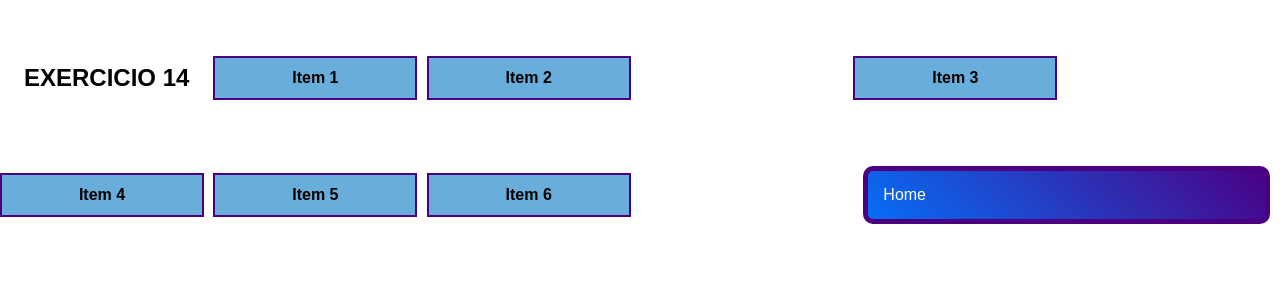
Repository: Elianmrey/TP1-Mobile-First
Page: EXERCISES/EX_14/index.html
An editor plug-in stored every save of this project. The page is shown before and after a run of saves, followed by the edit.
The browser window is 1280 px wide. The pictures show the whole page.

Above is the page before, as saved 2024-08-05 16:54:08.

### EXERCISES/EX_14/index.html
<!DOCTYPE html>
<html lang="en">

<head>
  <link href="style.css" rel="stylesheet" type="text/css" />
  <meta charset="UTF-8">
  <meta name="viewport" content="width=device-width, initial-scale=1.0">
  <title>Document</title>
</head>

<body>

  <div class="titulo">
    <h2>EXERCICIO 14</h2>
  </div>


      <div class="item">Item 1</div>
      <div class="item">Item 2</div>
      <div class="item">Item 3 </div>

      <div class="item">Item 4</div>
      <div class="item">Item 5</div>
      <div class="item">Item 6</div>


  <a href="../../index.html" class="link-home">Home</a>
</body>

</html>

### EXERCISES/EX_14/style.css
body
{
display: flex ;
flex-direction: column;
margin: 0;
padding: 0;
font-family: sans-serif;
justify-content: center;
align-items:center;
display: grid;
grid-template-columns:  1fr 1fr 2fr 2fr;
grid-template-rows:  2fr 1fr 2fr;

}
.titulo
{
  text-align: center;
}
/*
.container-principal
{

  justify-content: center;
  gap: 10px;
  border: groove 5px rgb(36, 29, 107);
  padding: 5%;
  width: 1000px;
  background-color: rgb(109, 171, 212);
}
.container-central
{
  display: flex;
  flex-direction: row;
  flex-wrap: wrap;
  border: groove 5px blue;
  gap: 10px;
  width: 750px;
  height: 200px;
  justify-content: space-around;
  align-items: center;
  background-color: rgb(148, 120, 224);
}*/
 .item
 {
display: flex;
justify-content: center;
align-items: center;
width: 200px;
height: 40px;
list-style: none;
font-family: sans-serif;
font-weight: 600;
border: solid 2px indigo;
 background-color: rgb(105, 173, 218);
}


.link-home
{
  margin-top: auto;
  margin: 10px;
  padding: 15px;
  text-decoration: none;
  color: white;
  border: solid 5px indigo;
  border-radius: 10px;;
  background: linear-gradient(45deg, rgb(6, 110, 245), rgb(74, 1, 133))
}

After the next 2 saves:
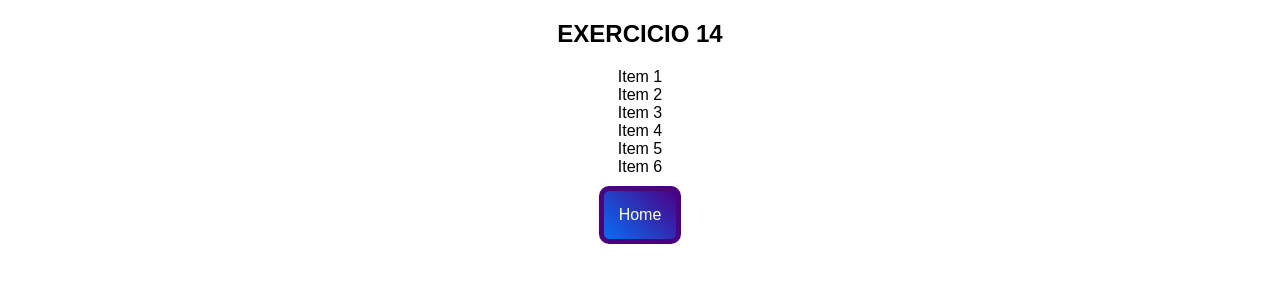
The 2 saves are shown as one change because they came seconds apart.
The last was saved 28 s later.
--- a/EXERCISES/EX_14/style.css
+++ b/EXERCISES/EX_14/style.css
@@ -7,19 +7,17 @@ padding: 0;
 font-family: sans-serif;
 justify-content: center;
 align-items:center;
-display: grid;
-grid-template-columns:  1fr 1fr 2fr 2fr;
-grid-template-rows:  2fr 1fr 2fr;
-
 }
 .titulo
 {
   text-align: center;
 }
-/*
+
 .container-principal
 {
-
+  display: grid;
+  grid-template-columns:  1fr 1fr 2fr 2fr;
+  grid-template-rows:  2fr 1fr 2fr;
   justify-content: center;
   gap: 10px;
   border: groove 5px rgb(36, 29, 107);
